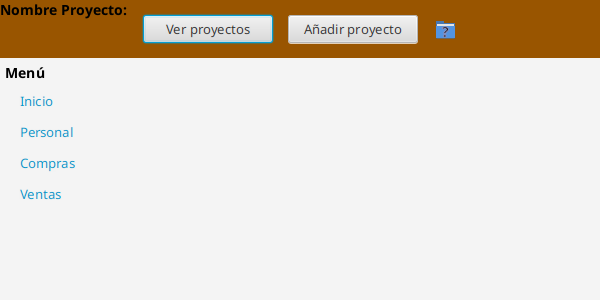
Repository: anxoportela/PROG
Program's window: java Java_Interfaz/ProyectoJavaFX/src/com/acarballeira/javaFX/ejemplo8/App.java
These files come from the project's save history. The program's window is drawn as it stood at one moment and after the next save; the edit follows.
It runs on Java 21 on a 1366 x 768 screen with JavaFX 11; the title bar is not drawn. It also reads Java_Interfaz/ProyectoJavaFX/src/com/acarballeira/javaFX/recursos/icona_cartafol.

Above is the program's window before, as saved 2020-03-05 20:44:23.

### Java_Interfaz/ProyectoJavaFX/src/com/acarballeira/javaFX/ejemplo8/App.java
package com.acarballeira.javaFX.ejemplo8;

import java.io.InputStream;
import javafx.application.Application;
import javafx.geometry.Insets;
import javafx.geometry.Pos;
import javafx.scene.Scene;
import javafx.scene.control.Button;
import javafx.scene.control.Hyperlink;
import javafx.scene.control.Label;
import javafx.scene.image.Image;
import javafx.scene.image.ImageView;
import javafx.scene.layout.BorderPane;
import javafx.scene.layout.GridPane;
import javafx.scene.layout.HBox;
import javafx.scene.layout.Pane;
import javafx.scene.layout.StackPane;
import javafx.scene.layout.VBox;
import javafx.scene.paint.Color;
import javafx.scene.text.Font;
import javafx.scene.text.FontWeight;
import javafx.scene.text.Text;
import javafx.stage.Stage;

public class App extends Application {
	@Override
	public void start(Stage primaryStage) {

		primaryStage.setTitle("Ola Mundo!!!");

		BorderPane bp = new BorderPane();
		HBox hbox = (HBox) crearHbox();
		VBox vbox = (VBox) crearVbox();
		StackPane sp = (StackPane) crearStackPane();
		GridPane gp = (GridPane) crearGridPane();

		bp.setTop(hbox);
		bp.setLeft(vbox);
		hbox.setAlignment(Pos.CENTER);
		hbox.getChildren().add(sp);
		bp.getChildren().add(gp);

		Scene primaryScene = new Scene(bp, 600, 300, Color.AQUA);
		primaryStage.setScene(primaryScene);
		primaryStage.show();

	}

	private Pane crearGridPane() {
		GridPane grid = new GridPane();
		Text titulo = new Text("Nombre Proyecto: ");
		titulo.setFont(Font.font("Verdana", FontWeight.BOLD, 14));
		grid.add(titulo, 1, 0);
		return grid;
	}

	private Pane crearStackPane() {
		StackPane stack = new StackPane();
		InputStream is = App.class.getResourceAsStream("/com/acarballeira/javaFX/recursos/icona_cartafol.png");
		Image img = new Image(is);
		ImageView imgV = new ImageView(img);
		imgV.setFitHeight(25);
		imgV.setFitWidth(25);

		Text ayuda = new Text("?");
		ayuda.setFont(Font.font("Verdana", FontWeight.BOLD, 14));
		ayuda.setFill(Color.BLACK);
		ayuda.setStroke(Color.web("#9090C0"));
		//ayuda.setStrokeWidth(2.5);
		stack.setMargin(ayuda, new Insets(5,0,0,0));
		stack.getChildren().add(imgV);
		stack.getChildren().add(ayuda);
		return stack;
	}

	private Pane crearHbox() {
		HBox hbox = new HBox();
		Button btn1 = new Button("Ver proyectos");
		Button btn2 = new Button("Añadir proyecto");
		hbox.setPadding(new Insets(15, 15, 15, 15));
		hbox.setSpacing(15);
		hbox.setStyle("-fx-background-color: #995500");
		btn1.setPrefSize(130, 25);
		btn2.setPrefSize(130, 25);
		hbox.getChildren().addAll(btn1, btn2);
		return hbox;
	}

	private Pane crearVbox() {
		VBox vbox = new VBox();
		vbox.setSpacing(5);
		vbox.setPadding(new Insets(5));
		Text titulo = new Text("Menú");
		titulo.setFont(Font.font("Arial", FontWeight.BOLD, 14));
		vbox.getChildren().add(titulo);

		Hyperlink [] opciones = new Hyperlink[] {
				new Hyperlink("Inicio"),
				new Hyperlink("Personal"),
				new Hyperlink("Compras"),
				new Hyperlink("Ventas"),
		};

		for (int i = 0; i < opciones.length; i++) {
			VBox.setMargin(opciones[i], new Insets(0,0,0,10));
			vbox.getChildren().add(opciones[i]);
		}

		return vbox;
	}

	public static void main(String[] args) {
		Application.launch();
	}
}

After the next save:
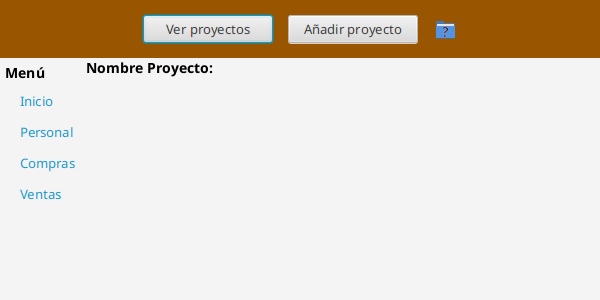
Saved 43 s later.
--- a/Java_Interfaz/ProyectoJavaFX/src/com/acarballeira/javaFX/ejemplo8/App.java
+++ b/Java_Interfaz/ProyectoJavaFX/src/com/acarballeira/javaFX/ejemplo8/App.java
@@ -38,7 +38,7 @@
 		bp.setLeft(vbox);
 		hbox.setAlignment(Pos.CENTER);
 		hbox.getChildren().add(sp);
-		bp.getChildren().add(gp);
+		bp.setCenter(gp);
 
 		Scene primaryScene = new Scene(bp, 600, 300, Color.AQUA);
 		primaryStage.setScene(primaryScene);
